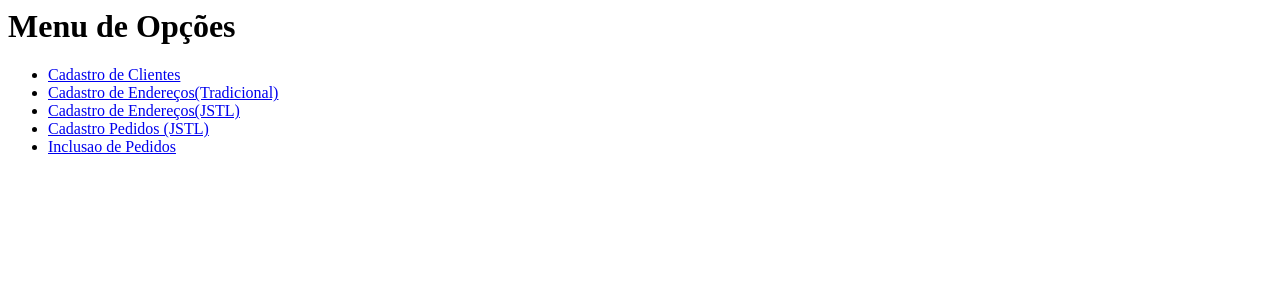
Repository: kelvincarvalho/Desenvolvimento_Java
Page: http://localhost/02_VendasJPA/
An editor plug-in stored every save of this project. The page is shown before and after the next save, followed by the edit.
The browser window is 1280 px wide. The pictures show the whole page.
The page is served by Tomcat 9. Other server files are loaded and not shown.

Above is the page before, as saved 2017-09-28 19:44:14.

### Modulo03/02_VendasJPA/WebContent/index.jsp
<!DOCTYPE html5>
<html>
<head>
<meta charset="UTF-8">
<title>Menu de Opções</title>
</head>
<body>
	<h1>Menu de Opções</h1>

	<ul>
		<li><a href="cadClientes.jsp">Cadastro de Clientes</a></li>
		<li><a href="cadEnderecos.jsp">Cadastro de Endereços(Tradicional)</a></li>
		<li><a href="cadEnderecosJSTL.jsp">Cadastro de Endereços(JSTL)</a></li>
		<li><a href="cadPedidos.jsp">Cadastro Pedidos (JSTL)</a></li>
		<li><a href="cadItem.jsp">Inclusao de Pedidos</a></li>
	</ul>

</body>
</html>

After the next save:
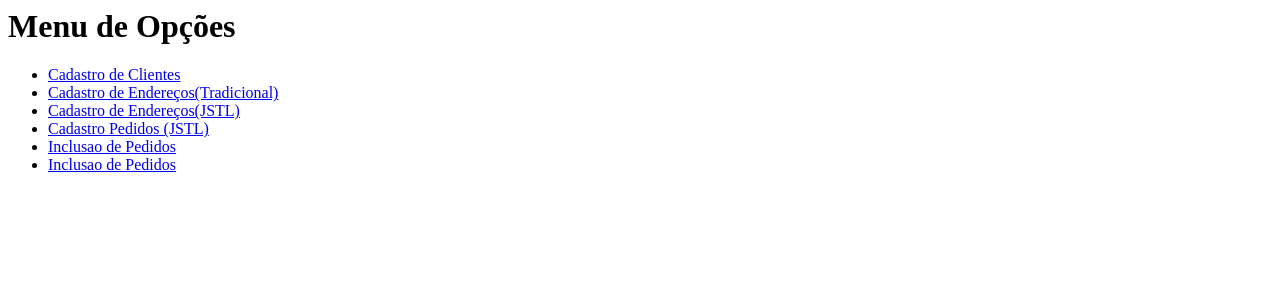
Saved 43 s later.
--- a/Modulo03/02_VendasJPA/WebContent/index.jsp
+++ b/Modulo03/02_VendasJPA/WebContent/index.jsp
@@ -13,6 +13,7 @@
 		<li><a href="cadEnderecosJSTL.jsp">Cadastro de Endereços(JSTL)</a></li>
 		<li><a href="cadPedidos.jsp">Cadastro Pedidos (JSTL)</a></li>
 		<li><a href="cadItem.jsp">Inclusao de Pedidos</a></li>
+		<li><a href="cadConsulta.jsp">Inclusao de Pedidos</a></li>
 	</ul>
 
 </body>
